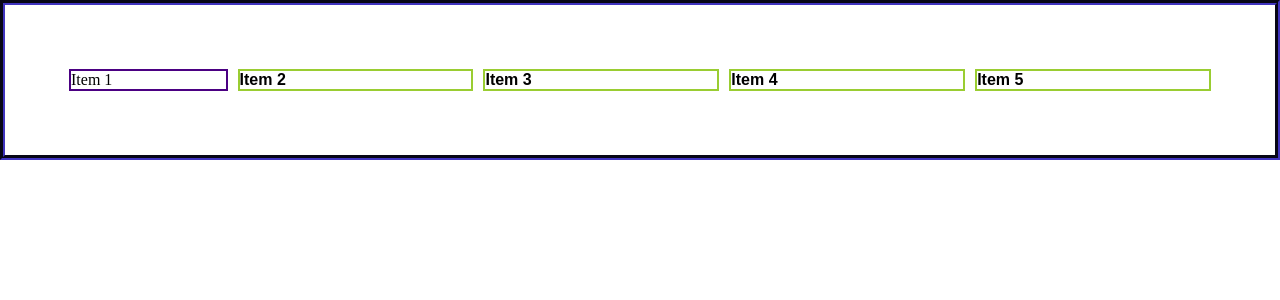
Repository: Elianmrey/TP1-Mobile-First
Page: EXERCISES/EX_5/index.html
An editor plug-in stored every save of this project. The page is shown before and after the next save, followed by the edit.
The browser window is 1280 px wide. The pictures show the whole page.

Above is the page before, as saved 2024-08-04 21:09:29.

### EXERCISES/EX_5/index.html
<!DOCTYPE html>
<html lang="en">

<head>
  <link href="style.css" rel="stylesheet" type="text/css" />
  <meta charset="UTF-8">
  <meta name="viewport" content="width=device-width, initial-scale=1.0">
  <title>Document</title>
</head>

<body>
  <div class="container">
    <div class="item it-diferente">Item 1</div>
    <div class="itens-iguais">Item 2</div>
    <div class="itens-iguais">Item 3 </div>
    <div class="itens-iguais">Item 4 </div>
    <div class="itens-iguais">Item 5 </div>

  </div>

</body>

</html>

### EXERCISES/EX_5/style.css
body
{
margin: 0;
padding: 0;
}

.container
{
  display: flex;
  flex-direction: row;
  gap: 10px;
  border: groove 5px rgb(36, 29, 107);
  padding: 5%;
}

 .itens-iguais
 {
display: flex;
width: 300px;
list-style: none;
font-family: sans-serif;
font-weight: 600;
border: solid 2px yellowgreen;
}

.it-diferente
{
flex-basis: 200px;
border: solid 2px indigo;
}

After the next save:
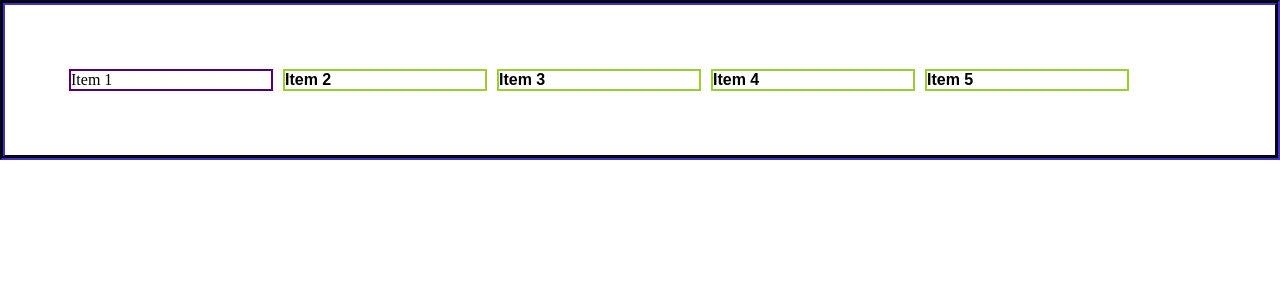
Saved 13 s later.
--- a/EXERCISES/EX_5/style.css
+++ b/EXERCISES/EX_5/style.css
@@ -15,6 +15,7 @@
 
  .itens-iguais
  {
+  flex-basis: 200px;
 display: flex;
 width: 300px;
 list-style: none;

After the 3 saves that followed:
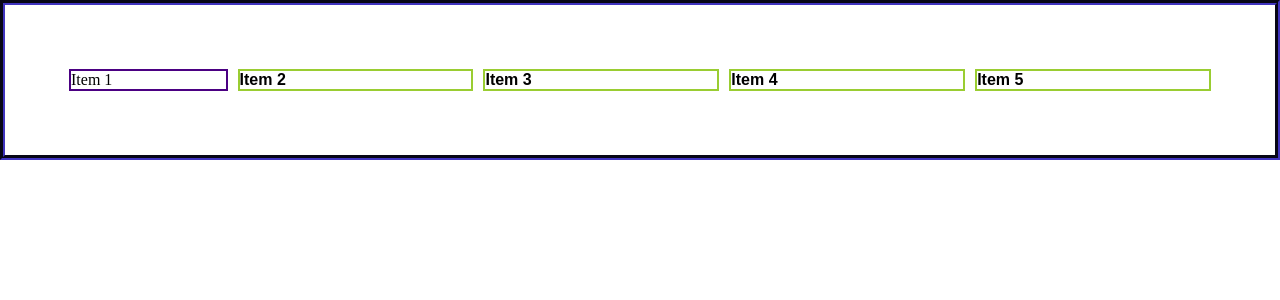
The 3 saves are shown as one change because they came seconds apart.
The last was saved 11 s later.
--- a/EXERCISES/EX_5/style.css
+++ b/EXERCISES/EX_5/style.css
@@ -15,7 +15,7 @@
 
  .itens-iguais
  {
-  flex-basis: 200px;
+  flex-basis: auto;
 display: flex;
 width: 300px;
 list-style: none;
